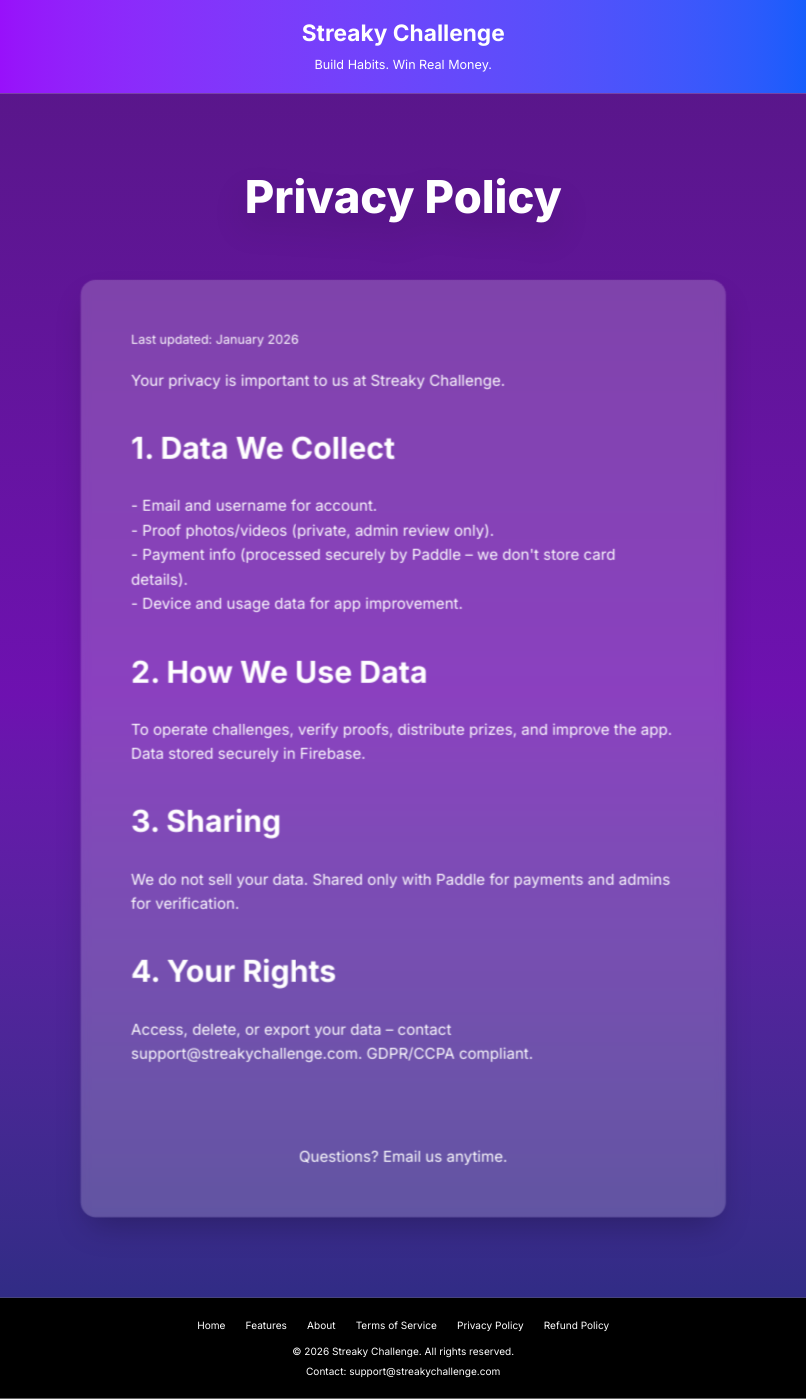
Repository: ZUBEYT/streaky-site
Page: /privacy
The author's editor kept a copy of each file at every save. The page is drawn from the files as they stood at one save, then again after the next save.
The browser window is 1280 px wide. The pictures show the whole page, at 63% of full size.
The project was rebuilt for these pictures with package versions that can differ from the ones it lists, and the page was loaded fresh each time. The framework's server and built-in components were replaced by stand-ins that run in the browser. Also part of the build but not shown: next.config.ts.

Above is the page before, as saved 2026-01-21 23:10:50.

### src/app/layout.tsx
import type { Metadata } from 'next';
import { Inter } from 'next/font/google';
import './globals.css';
import Link from 'next/link';

const inter = Inter({ subsets: ['latin'] });

export const metadata: Metadata = {
  title: 'Streaky Challenge',
  description: 'Build habits and win money with daily streaks!',
};

export default function RootLayout({
  children,
}: {
  children: React.ReactNode;
}) {
  return (
    <html lang="en">
      <body className={inter.className}>
        <header className="bg-gradient-to-r from-purple-600 to-blue-600 text-white p-8 text-center">
          <h1 className="text-4xl font-bold">Streaky Challenge</h1>
          <p className="text-xl mt-4">Build Habits. Win Real Money.</p>
        </header>

        <main className="min-h-screen bg-gray-50">
          {children}
        </main>

        <footer className="bg-black text-white p-8 text-center">
          <div className="mb-4">
            <Link href="/" className="mx-4 hover:underline">Home</Link>
            <Link href="/features" className="mx-4 hover:underline">Features</Link>
            <Link href="/about" className="mx-4 hover:underline">About</Link>
            <Link href="/terms" className="mx-4 hover:underline">Terms of Service</Link>
            <Link href="/privacy" className="mx-4 hover:underline">Privacy Policy</Link>
            <Link href="/refund" className="mx-4 hover:underline">Refund Policy</Link>
          </div>
          <p>© 2026 Streaky Challenge. All rights reserved.</p>
          <p className="mt-2">Contact: support@streakychallenge.com</p>
        </footer>
      </body>
    </html>
  );
};

### src/app/privacy/page.tsx
export default function Privacy() {
    return (
        <div className="min-h-screen bg-gradient-to-b from-purple-900 via-purple-800 to-indigo-900 text-white py-32 px-8">
            <div className="max-w-5xl mx-auto">
                <h1 className="text-7xl font-extrabold text-center mb-24 drop-shadow-2xl">Privacy Policy</h1>

                <div className="bg-white/20 p-20 rounded-3xl backdrop-blur shadow-2xl">
                    <p className="text-xl mb-8">Last updated: January 2026</p>
                    <p className="text-2xl leading-relaxed mb-16">
                        Your privacy is important to us at Streaky Challenge.
                    </p>

                    <h2 className="text-5xl font-bold mb-12">1. Data We Collect</h2>
                    <p className="text-2xl leading-relaxed mb-16">
                        - Email and username for account.<br />
                        - Proof photos/videos (private, admin review only).<br />
                        - Payment info (processed securely by Paddle – we don't store card details).<br />
                        - Device and usage data for app improvement.
                    </p>

                    <h2 className="text-5xl font-bold mb-12">2. How We Use Data</h2>
                    <p className="text-2xl leading-relaxed mb-16">
                        To operate challenges, verify proofs, distribute prizes, and improve the app. Data stored securely in Firebase.
                    </p>

                    <h2 className="text-5xl font-bold mb-12">3. Sharing</h2>
                    <p className="text-2xl leading-relaxed mb-16">
                        We do not sell your data. Shared only with Paddle for payments and admins for verification.
                    </p>

                    <h2 className="text-5xl font-bold mb-12">4. Your Rights</h2>
                    <p className="text-2xl leading-relaxed mb-32">
                        Access, delete, or export your data – contact support@streakychallenge.com. GDPR/CCPA compliant.
                    </p>

                    <p className="text-2xl text-center">Questions? Email us anytime.</p>
                </div>
            </div>
        </div>
    );
}

Loaded but not shown: src/app/globals.css (common file)

After the next save:
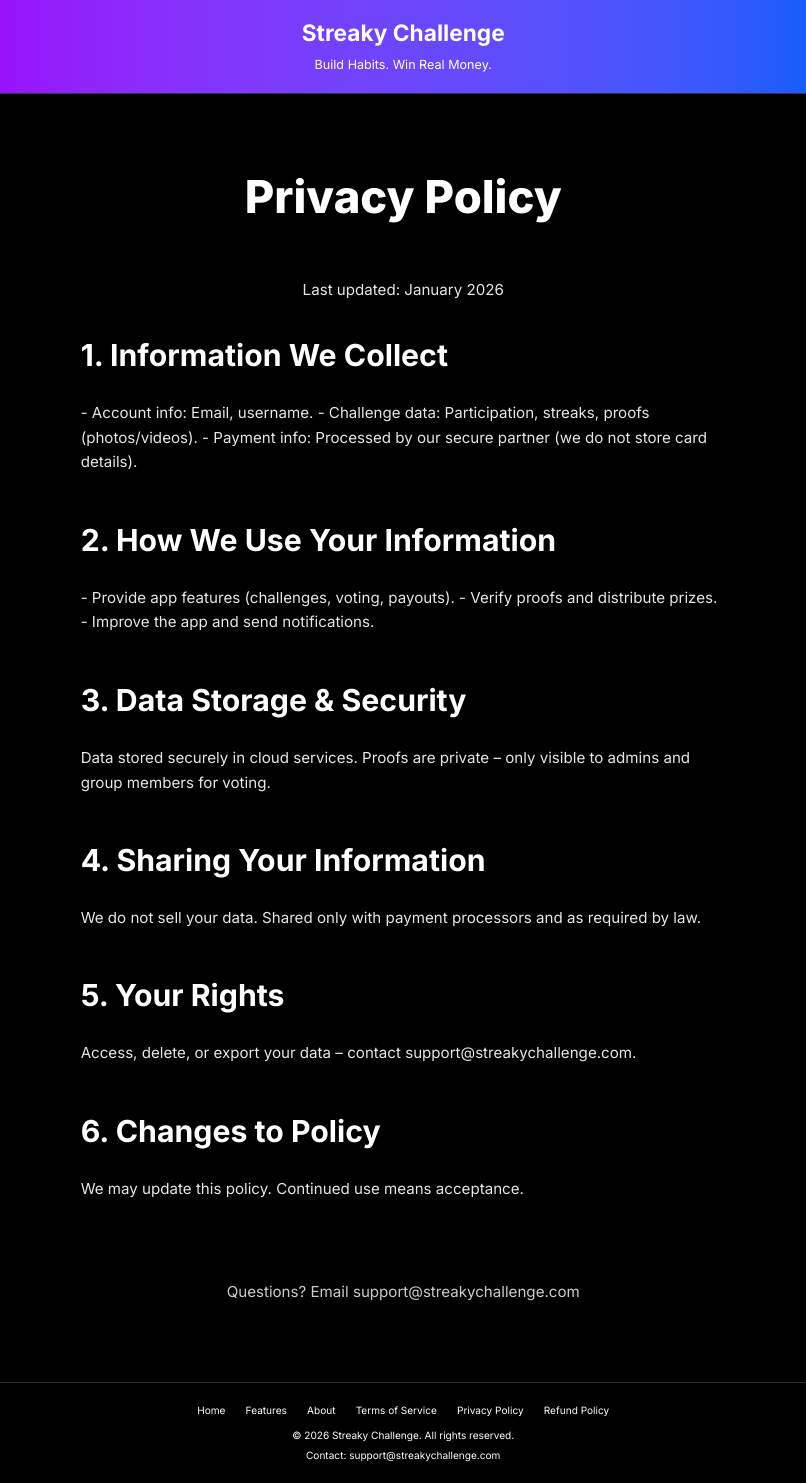
Saved 21 s later.
--- a/src/app/privacy/page.tsx
+++ b/src/app/privacy/page.tsx
@@ -1,40 +1,60 @@
+// src/app/privacy/page.tsx (Privacy Policy – Detaylı, Dark Mode)
 export default function Privacy() {
     return (
-        <div className="min-h-screen bg-gradient-to-b from-purple-900 via-purple-800 to-indigo-900 text-white py-32 px-8">
+        <div className="min-h-screen bg-black text-white py-32 px-8">
             <div className="max-w-5xl mx-auto">
                 <h1 className="text-7xl font-extrabold text-center mb-24 drop-shadow-2xl">Privacy Policy</h1>
+                <p className="text-2xl text-center mb-16 opacity-90">Last updated: January 2026</p>
 
-                <div className="bg-white/20 p-20 rounded-3xl backdrop-blur shadow-2xl">
-                    <p className="text-xl mb-8">Last updated: January 2026</p>
-                    <p className="text-2xl leading-relaxed mb-16">
-                        Your privacy is important to us at Streaky Challenge.
-                    </p>
+                <div className="space-y-20">
+                    <section>
+                        <h2 className="text-5xl font-bold mb-12">1. Information We Collect</h2>
+                        <p className="text-2xl leading-relaxed opacity-90 mb-8">
+                            - Account info: Email, username.
+                            - Challenge data: Participation, streaks, proofs (photos/videos).
+                            - Payment info: Processed by our secure partner (we do not store card details).
+                        </p>
+                    </section>
 
-                    <h2 className="text-5xl font-bold mb-12">1. Data We Collect</h2>
-                    <p className="text-2xl leading-relaxed mb-16">
-                        - Email and username for account.<br />
-                        - Proof photos/videos (private, admin review only).<br />
-                        - Payment info (processed securely by Paddle – we don't store card details).<br />
-                        - Device and usage data for app improvement.
-                    </p>
+                    <section>
+                        <h2 className="text-5xl font-bold mb-12">2. How We Use Your Information</h2>
+                        <p className="text-2xl leading-relaxed opacity-90 mb-8">
+                            - Provide app features (challenges, voting, payouts).
+                            - Verify proofs and distribute prizes.
+                            - Improve the app and send notifications.
+                        </p>
+                    </section>
 
-                    <h2 className="text-5xl font-bold mb-12">2. How We Use Data</h2>
-                    <p className="text-2xl leading-relaxed mb-16">
-                        To operate challenges, verify proofs, distribute prizes, and improve the app. Data stored securely in Firebase.
-                    </p>
+                    <section>
+                        <h2 className="text-5xl font-bold mb-12">3. Data Storage & Security</h2>
+                        <p className="text-2xl leading-relaxed opacity-90 mb-8">
+                            Data stored securely in cloud services. Proofs are private – only visible to admins and group members for voting.
+                        </p>
+                    </section>
 
-                    <h2 className="text-5xl font-bold mb-12">3. Sharing</h2>
-                    <p className="text-2xl leading-relaxed mb-16">
-                        We do not sell your data. Shared only with Paddle for payments and admins for verification.
-                    </p>
+                    <section>
+                        <h2 className="text-5xl font-bold mb-12">4. Sharing Your Information</h2>
+                        <p className="text-2xl leading-relaxed opacity-90 mb-8">
+                            We do not sell your data. Shared only with payment processors and as required by law.
+                        </p>
+                    </section>
 
-                    <h2 className="text-5xl font-bold mb-12">4. Your Rights</h2>
-                    <p className="text-2xl leading-relaxed mb-32">
-                        Access, delete, or export your data – contact support@streakychallenge.com. GDPR/CCPA compliant.
-                    </p>
+                    <section>
+                        <h2 className="text-5xl font-bold mb-12">5. Your Rights</h2>
+                        <p className="text-2xl leading-relaxed opacity-90 mb-8">
+                            Access, delete, or export your data – contact support@streakychallenge.com.
+                        </p>
+                    </section>
 
-                    <p className="text-2xl text-center">Questions? Email us anytime.</p>
+                    <section>
+                        <h2 className="text-5xl font-bold mb-12">6. Changes to Policy</h2>
+                        <p className="text-2xl leading-relaxed opacity-90">
+                            We may update this policy. Continued use means acceptance.
+                        </p>
+                    </section>
                 </div>
+
+                <p className="text-center text-2xl mt-32 opacity-80">Questions? Email support@streakychallenge.com</p>
             </div>
         </div>
     );
